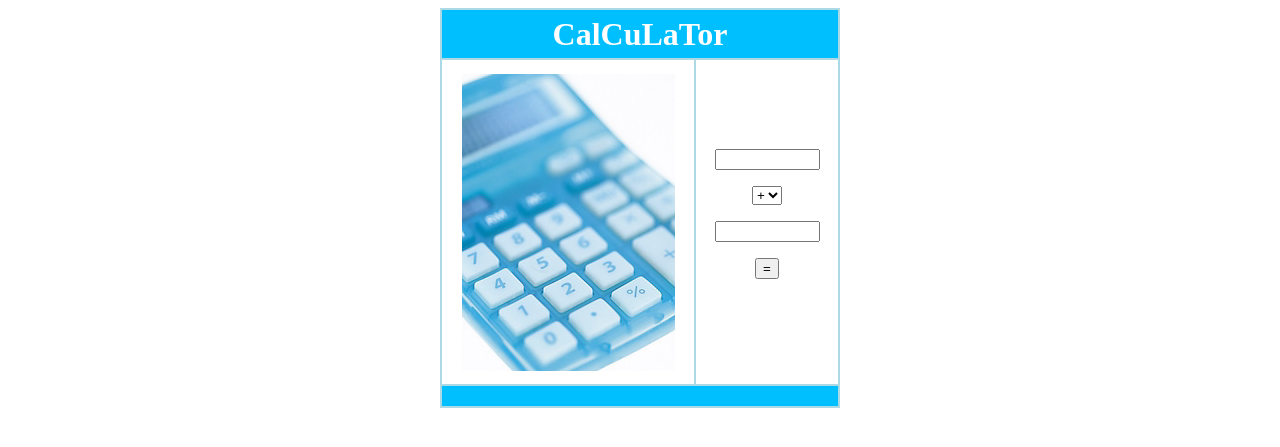
Repository: LeeHyeSu/JSP
Page: http://localhost/Practice32/calc.jsp
An editor plug-in stored every save of this project. The page is shown before and after the next save, followed by the edit.
The browser window is 1280 px wide. The pictures show the whole page.
The page is served by Tomcat 9.

Above is the page before, as saved 2017-11-25 06:18:53.

After the next save:
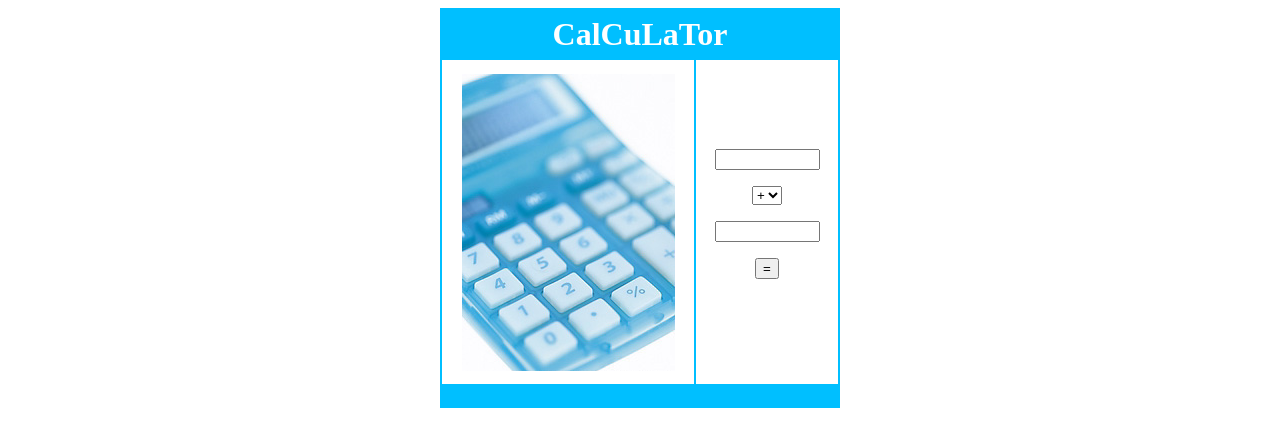
Saved 4 min 30 s later.
--- a/Practice32/WebContent/calc.jsp
+++ b/Practice32/WebContent/calc.jsp
@@ -9,7 +9,7 @@
 <body>
 <form method="post" action="calc_result.jsp" name="form1">
 	<table width="400" height="400" border="1"
-		bordercolor="lightblue" align="center" cellspacing="0">
+		bordercolor="#00BFFF" align="center" cellspacing="0">
 		<tr height="50">
 			<td colspan="2" bgcolor="#00BFFF" align="center">
 			<b><font size="6" color="white">CalCuLaTor</font></b>
